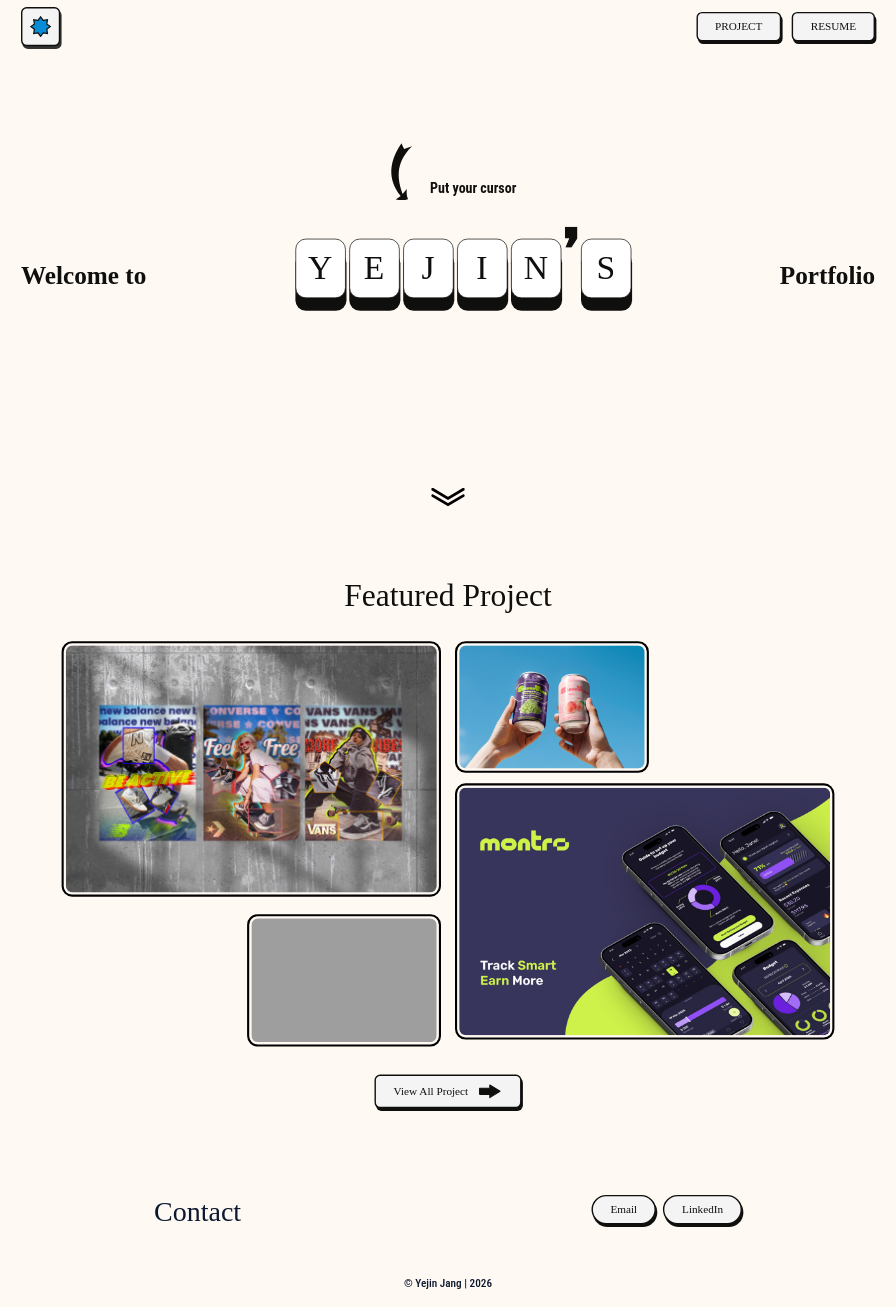
Repository: Yejin-Digital/Yejin.J.Portfolio
Page: /
These files come from the project's save history. The page is drawn as it stood at one moment and after the next save; the edit follows.
The browser window is 1280 px wide. The pictures show the whole page, at 70% of full size.
Pictures or frames that could not be fetched are drawn as grey boxes. The project was rebuilt for these pictures with package versions that can differ from the ones it lists, and the page was loaded fresh each time. Also part of the build but not shown: vite.config.js, src/styles/Project.module.css, src/styles/ProjectSelection.module.css, src/components/ProjectSelection.jsx, src/pages/Project.jsx, src/styles/Packaging.module.css, src/styles/Mockup.module.css, src/components/Mockup.jsx and 7 more.

Above is the page before, as saved 2026-02-15 01:59:50.

### index.html
<!DOCTYPE html>
<html lang="en">
  <head>
    <meta charset="UTF-8" />
    <link rel="preconnect" href="https://fonts.googleapis.com" />
    <link rel="preconnect" href="https://fonts.gstatic.com" crossorigin />
    <link
      href="https://fonts.googleapis.com/css2?family=Nunito:wght@800;900&display=swap"
      rel="stylesheet"
    />
    <link rel="icon" type="image/svg+xml" href="/favcon.svg" />
    <meta name="viewport" content="width=device-width, initial-scale=1.0" />
    <script src="https://cdnjs.cloudflare.com/ajax/libs/pdf.js/3.11.174/pdf.min.js"></script>
    <title>yejin.j.portfolio</title>
  </head>
  <body>
    <div id="root"></div>
    <script type="module" src="/src/main.jsx"></script>
  </body>
</html>

### src/App.jsx
import './App.css';
import { BrowserRouter, Routes, Route } from 'react-router-dom';
import NavigationBar from './components/NavigationBar.jsx';
import Footer from './components/Footer.jsx';
import LandingProject from './components/LandingProject.jsx';
import WelcomeYejins from './components/WelcomeYejins.jsx';
import ScrollToTop from './components/ScrollToTop.jsx';
import Project from './pages/Project.jsx';
import Packaging from './pages/Packaging.jsx';
import Poster from './pages/Poster.jsx';
import Resume from './pages/Resume.jsx';
import Magazine from './pages/Magazine.jsx';
import image from './assets/Landing_image.png';

function Home() {
  return (
    <div className="home-page">
      <WelcomeYejins />
      <div className={'arrowContainer'}>
        <svg
          xmlns="http://www.w3.org/2000/svg"
          width="48"
          height="27"
          viewBox="0 0 48 27"
          fill="none"
        >
          <path
            d="M2.00031 2L24.0003 15L46.0003 2"
            stroke="black"
            stroke-width="4"
            stroke-linecap="round"
          />
          <path
            d="M2.00031 11L24.0003 24L46.0003 11"
            stroke="black"
            stroke-width="4"
            stroke-linecap="round"
          />
        </svg>
      </div>
      <LandingProject />
    </div>
  );
}

function App() {
  return (
    <BrowserRouter>
      <div className="app">
        <ScrollToTop />
        <NavigationBar />
        <main className="app-main">
          <Routes>
            <Route path="/" element={<Home />} />
            <Route path="/projects" element={<Project />} />
            <Route path="/packaging" element={<Packaging />} />
            <Route path="/poster" element={<Poster />} />
            <Route path="/resume" element={<Resume />} />
            <Route path="/magazine" element={<Magazine />} />
          </Routes>
        </main>
        <Footer />
      </div>
    </BrowserRouter>
  );
}

export default App;

### src/App.css
.app {
  background: var(--Background, #fff9f3);
  display: flex;
  flex-direction: column;
  min-height: 100vh;
}

/* 고정 네비 아래 콘텐츠 영역 (padding-top으로 네비 높이 확보) */
.app-main {
  flex: 1;
  padding-top: 64px;
}

.home-page {
  padding-top: 0;
}

.landing-image {
  display: flex;
  justify-content: center;
  width: 100%;
  height: 100vh; /* full viewport height */
  overflow: hidden; /* hide cropped parts */
}

.landing-image img {
  width: 100%;
  height: 100%;
  object-fit: contain; /* ensure the entire image is visible (no cropping) */
  object-position: center;
  display: block; /* remove inline whitespace */
}

.arrowContainer {
  display: flex;
  justify-content: center;
  align-items: center;
  margin-top: 30px;
}

### src/components/NavigationBar.jsx
import Buttons from './Buttons.jsx';
import { Link } from 'react-router-dom';
import style from '../styles/NavigationBar.module.css';

export default function NavigationBar() {
  return (
    <nav className={style.navLayout}>
      <Buttons
        label="HOME"
        onClick={() => <Link to="/" />}
        variant="home"
        icon={
          <svg
            xmlns="http://www.w3.org/2000/svg"
            width="30"
            height="30"
            viewBox="0 0 35 35"
            fill="none"
          >
            <path
              d="M21.5146 6.78613L21.7842 7.15625L22.2373 7.08496L28.9736 6.02539L27.915 12.7627L27.8438 13.2158L28.2139 13.4854L33.7256 17.5L28.2139 21.5146L27.8438 21.7842L27.915 22.2373L28.9736 28.9736L22.2373 27.915L21.7842 27.8438L21.5146 28.2139L17.5 33.7256L13.4854 28.2139L13.2158 27.8438L12.7627 27.915L6.02539 28.9736L7.08496 22.2373L7.15625 21.7842L6.78613 21.5146L1.27344 17.5L6.78613 13.4854L7.15625 13.2158L7.08496 12.7627L6.02539 6.02539L12.7627 7.08496L13.2158 7.15625L13.4854 6.78613L17.5 1.27344L21.5146 6.78613Z"
              fill="#058CD7"
              stroke="#0F0F0E"
              stroke-width="2"
            />
          </svg>
        }
      />
      <div className={style.navLayoutButtons}>
        <Buttons
          label="RESUME"
          onClick={() => <Link to="/resume" />}
          variant="default"
          icon={null}
        />
        <Buttons
          label="PROJECT"
          onClick={() => <Link to="/projects" />}
          variant="default"
          icon={null}
        />
      </div>
    </nav>
  );
}

### src/components/Footer.jsx
import style from '../styles/Footer.module.css';
import Buttons from './Buttons.jsx';

export default function Footer() {
  const year = new Date().getFullYear();

  return (
    <footer className={style.footer}>
      <div className={style.container}>
        <div className={style.contact}>
          <p>Contact</p>
          <div className={style.contactLink}>
            <a
              href="https://mail.google.com/mail/?view=cm&fs=1&to=ylmsicb@gmail.com"
              target="_blank"
              rel="noreferrer"
              className={style.contactAnchor}
            >
              <Buttons label="Email" variant="round" icon={null} />
            </a>
            <a
              href="https://www.linkedin.com/in/yejin-j"
              target="_blank"
              rel="noreferrer"
              className={style.contactAnchor}
            >
              <Buttons label="LinkedIn" variant="round" icon={null} />
            </a>
          </div>
        </div>
        <p className={style.copy}>© Yejin Jang | {year}</p>
      </div>
    </footer>
  );
}

### src/components/LandingProject.jsx
import style from '../styles/LandingProject.module.css';
import image1 from '../assets/poster_image1.jpg';
import image2 from '../assets/magazine1.jpg';
import image3 from '../assets/can_mockup2.jpg';
import image4 from '../assets/montro_image1.jpg';
import { Link } from 'react-router-dom';
import Buttons from './Buttons.jsx';

export default function LandingProject() {
  return (
    <div className={style.landingProject}>
      <h3>Featured Project</h3>
      <div className={style.contents}>
        <div className={style.projectLayoutLeft}>
          <Link to="/poster" className={style.imageWrapper}>
            <img
              className={style.image1}
              src={image1}
              alt="Poster design project"
            />
          </Link>
          <Link to="/magazine" className={style.imageWrapper}>
            <img
              className={style.image2}
              src={image2}
              alt="Magazine design project"
            />
          </Link>
        </div>
        <div className={style.projectLayoutRight}>
          <Link to="/packaging" className={style.imageWrapper}>
            <img
              className={style.image3}
              src={image3}
              alt="Can Packaging design project"
            />
          </Link>
          <div className={style.imageWrapper}>
            <img className={style.image4} src={image4} alt="Montro project" />
          </div>
        </div>
      </div>
      <Link to="/projects" className={style.viewAll}>
        <Buttons
          label="View All Project"
          variant="icon"
          icon={
            <svg
              xmlns="http://www.w3.org/2000/svg"
              width="39"
              height="24"
              viewBox="0 0 39 24"
              fill="none"
            >
              <path
                d="M20.7188 3L35.3438 12L20.7188 21L20.7188 16.5L7.3125 16.5C6.98927 16.5 6.67927 16.421 6.45071 16.2803C6.22215 16.1397 6.09375 15.9489 6.09375 15.75L6.09375 8.25C6.09375 8.05109 6.22215 7.86032 6.45071 7.71967C6.67927 7.57902 6.98927 7.5 7.3125 7.5L20.7188 7.5L20.7188 3Z"
                fill="#0F0F0E"
                stroke="#0F0F0E"
                stroke-width="1.5"
                stroke-linecap="round"
                stroke-linejoin="round"
              />
            </svg>
          }
        />
      </Link>
    </div>
  );
}

### src/components/Buttons.jsx
import style from '../styles/Buttons.module.css';

const VARIANTS = ['default', 'home', 'icon', 'round', 'category'];

export default function NavigationButton({
  label,
  onClick,
  variant = 'default',
  icon,
}) {
  const variantClass =
    variant !== 'default' && VARIANTS.includes(variant) ? style[variant] : '';
  const showTextAndIcon =
    (variant === 'home' || variant === 'icon') && icon != null;

  const content = showTextAndIcon ? (
    <span className={style.buttonContent}>
      {variant === 'home' ? (
        <>
          <span className={style.buttonIcon}>{icon}</span>
          <span className={style.buttonLabel}>{label}</span>
        </>
      ) : (
        <>
          <span className={style.buttonLabel}>{label}</span>
          <span className={style.buttonIconArrow}>{icon}</span>
        </>
      )}
    </span>
  ) : (
    label
  );

  return (
    <div className={style.navButtons}>
      <button
        className={`${style.navButton} ${variantClass}`.trim()}
        onClick={onClick}
        aria-label={label}
      >
        {content}
      </button>
    </div>
  );
}

### src/styles/NavigationBar.module.css
.navLayoutButtons {
  display: flex;
  flex-direction: row-reverse;
  gap: 15px;
  box-sizing: border-box;
}

.navLayout {
  position: fixed;
  top: 0;
  left: 0;
  right: 0;
  z-index: 1000;
  display: flex;
  flex-direction: row;
  justify-content: space-between;
  align-items: center;
  width: 100%;
  min-height: 64px;
  padding: 10px 30px 15px;
  box-sizing: border-box;
  background: transparent;
  transition:
    background 0.3s ease,
    backdrop-filter 0.3s ease,
    box-shadow 0.3s ease;
}

/* glass effect when scrolled*/
.navLayoutScrolled {
  background: rgba(255, 249, 243, 0.4);
  backdrop-filter: blur(12px);
  -webkit-backdrop-filter: blur(12px);
}

### src/styles/Footer.module.css
.footer {
  position: relative; /* allow spanning full viewport */
  left: 50%;
  right: 50%;
  margin-left: -50vw; /* pull to screen left edge */
  margin-right: -50vw; /* pull to screen right edge */
  width: 100vw; /* full viewport width, ignoring parent padding */
  background: none;
  padding: 24px 16px;
  box-sizing: border-box;
}

.container {
  max-width: 1100px;
  margin: 0 auto;
  display: flex;
  flex-direction: column;
  justify-content: space-around;
  gap: 70px;
}

.copy {
  color: var(--Foundation-Blue-Darker, #0c182f);
  font-family: 'Roboto Condensed';
  font-size: 16px;
  font-style: normal;
  font-weight: 500;
  line-height: normal;
  text-align: center;
}

.contact {
  color: var(--Foundation-Blue-Darker, #0c182f);
  font-family: 'Alfa Slab One';
  font-size: 40px;
  font-style: normal;
  font-weight: 400;
  line-height: normal;
  display: flex;
  flex-direction: row;
  justify-content: space-between;
  margin: 0 0 0 130px;
}

.contactLink {
  display: flex;
  flex-direction: row;
  justify-content: flex-end;
  gap: 10px;
  margin: 0 130px 0 0;
}

.contactAnchor {
  text-decoration: none;
  border-bottom: none;
}

.contactAnchor:hover,
.contactAnchor:focus {
  text-decoration: none;
}

@media (max-width: 900px) {
  .footer {
    padding: 10px 16px;
    width: 100%;
    left: 0;
    right: 0;
    margin-left: 0;
    margin-right: 0;
  }

  .container {
    display: flex;
    flex-direction: column;
    justify-content: center;
    align-items: center;
    gap: 80px;
  }

  .contact {
    margin: 40px 30px 0 30px;
    font-size: 36px;
    flex-direction: row;
    gap: 140px;
    align-items: flex-start;
  }

  .contactLink {
    font-size: 20px;
  }

  .copy {
    font-size: 18px;
  }
}

@media (max-width: 640px) {
  .footer {
    width: 100%;
    left: 0;
    right: 0;
    margin-left: 0;
    margin-right: 0;
    padding: 12px 12px;
  }

  .container {
    display: flex;
    flex-direction: column;
    gap: 50px;
  }

  .contact {
    margin: 30px 20px 0 20px;
    font-size: 28px;
    gap: 80px;
    display: flex;
    flex-direction: row;
    justify-content: center;
    align-items: center;
  }

  .contactLink {
    font-size: 18px;
  }

  .copy {
    font-size: 12px;
  }
}

### src/styles/LandingProject.module.css
.landingProject {
  font-family: Satoshi;
  display: flex;
  flex-direction: column;
  padding: 0 100px;
  margin: 100px 0;
  gap: 40px;
}

.contents {
  display: flex;
  flex-direction: row;
  gap: 20px;
  flex-wrap: wrap; /* allow items to wrap on smaller screens */
  align-items: flex-start;
  justify-content: space-between;
}

.contents img {
  aspect-ratio: 6 / 4;
  object-fit: cover;
  object-position: center;
  border-radius: 10px;
}

h3 {
  color: #0f0f0e;
  font-family: 'Alfa Slab One';
  font-size: 45px;
  font-style: normal;
  font-weight: 400;
  line-height: normal;
  text-align: center;
}

.viewAll {
  display: flex;
  flex-direction: row;
  justify-content: center;
  align-content: center;
  gap: 15px;
  text-decoration: none; /* remove underline from link */
  cursor: pointer;
}

/* ensure link states do not show underline */
.viewAll:link,
.viewAll:visited,
.viewAll:hover,
.viewAll:active {
  text-decoration: none;
}

.viewAll h4 {
  margin: 0; /* reset default margin */
  text-decoration: none; /* ensure heading has no underline */
}
.arrow {
  width: 38px;
  height: auto;
}

.projectLayoutLeft {
  display: flex;
  flex-direction: column;
  gap: 25px;
  align-items: flex-end;
  align-content: center;
  flex: 1 1 45%; /* responsive column taking ~45% */
  box-sizing: border-box;
  min-width: 260px; /* prevent getting too narrow */
}

.imageWrapper {
  overflow: hidden;
  display: inline-block;
  text-decoration: none;
  color: inherit;
  border-radius: 15px;
  border: 3px solid #000;
  overflow: hidden;
  padding: 3px;
}

.projectLayoutLeft > .imageWrapper:first-child,
.projectLayoutRight > .imageWrapper:last-child {
  width: 100%;
}

.projectLayoutLeft > .imageWrapper:last-child,
.projectLayoutRight > .imageWrapper:first-child {
  width: 55%;
  max-width: 50%;
}

.image1,
.image4 {
  width: 100%; /* scale to container width */
  max-width: 100%;
  height: auto; /* keep aspect ratio */
  display: block;
  object-fit: contain; /* ensure the image itself isn't cropped */
  transition: transform 0.3s ease;
  cursor: pointer;
}

.imageWrapper:hover .image1,
.imageWrapper:hover .image4 {
  transform: scale(1.1);
}

.image2,
.image3 {
  width: 100%; /* fill wrapper */
  max-width: 100%;
  height: auto; /* keep aspect ratio */
  display: block;
  object-fit: contain;
  transition: transform 0.3s ease;
  cursor: pointer;
}

.imageWrapper:hover .image2,
.imageWrapper:hover .image3 {
  transform: scale(1.1);
}

.projectLeft {
  color: var(--foundation-blue-normal-active, #1c366a);
  text-align: right;
  font-family: Inter;
  font-size: 50px;
  font-style: normal;
  font-weight: 900;
  line-height: 95%; /* 74.24px */
}

.projectLayoutRight {
  display: flex;
  flex-direction: column;
  gap: 15px;
  align-items: flex-start;
  flex: 1 1 45%;
  box-sizing: border-box;
  min-width: 260px;
}

.projectRight {
  color: var(--foundation-blue-normal-active, #1c366a);
  font-family: Inter;
  font-size: 50px;
  font-style: normal;
  font-weight: 900;
  line-height: 98.246%; /* 62.878px */
}

/* Responsive tweaks */
@media (max-width: 820px) {
  h3 {
    font-size: 40px;
  }
  h4 {
    font-size: 28px;
  }
  .projectLeft,
  .projectRight {
    font-size: 32px;
  }
  .contents {
    gap: 12px;
  }
  .projectLayoutLeft,
  .projectLayoutRight {
    flex: 1 1 100%;
    min-width: 0;
  }
}

@media (max-width: 420px) {
  .landingProject {
    padding: 0 12px;
    margin: 60px 0;
  }
  h3 {
    font-size: 32px;
  }
  h4 {
    font-size: 20px;
  }
  .projectLeft,
  .projectRight {
    font-size: 22px;
  }
}

### src/styles/WelcomeYejins.module.css
.section {
  background: var(--Background, #fff9f3);
  padding: 150px 30px 70px;
  display: flex;
  flex-direction: column;
  align-items: center;
  justify-content: center;
  min-height: 40vh;
  position: relative;
}

.lineBlock {
  position: relative;
  width: 100%;
}

.cursorHint {
  display: flex;
  justify-content: center;
  align-items: flex-end;
  padding-bottom: 10px;
  margin-bottom: 50px;
  color: var(--Black, #0f0f0e);
  font-family: 'Roboto Condensed';
  font-size: 20px;
  font-style: normal;
  font-weight: 700;
  line-height: normal;
}

.cursorArrow {
  font-size: 18px;
  transform: scaleY(0.6);
  display: inline-block;
  line-height: 1;
  transform: rotate(-45deg);
}

.line {
  position: relative;
  display: flex;
  flex-wrap: wrap;
  align-items: center;
  justify-content: space-between;
  width: 100%;
}

.staticText {
  font-family: 'Alfa Slab One', serif;
  font-size: 36px;
  font-weight: 600;
  color: #0f0f0e;
}

.letters {
  display: flex;
  align-items: flex-start;
  justify-content: center;
  flex-wrap: wrap;
  gap: 7px;
}

.letterGroup {
  display: inline-flex;
  align-items: flex-start;
  gap: 5px;
}

.apostrophe {
  font-family: 'Alfa Slab One', serif;
  font-size: clamp(24px, 4vw, 36px);
  font-weight: 700;
  color: #0f0f0e;
  position: relative;
  z-index: 1;
  top: -20px;
}

.letterWrapper {
  position: relative;
  display: inline-flex;
  flex-direction: column;
  align-items: center;
}

.letterBoxContainer {
  position: relative;
  width: 70px;
  height: 103px;
  border-radius: 15px;
  cursor: pointer;
}

.letterShadow {
  position: absolute;
  left: 0;
  top: 20px;
  width: 73px;
  height: 83px;
  background: #0f0f0e;
  border-radius: 15px;
}

.letterBox {
  display: flex;
  align-items: center;
  justify-content: center;
  position: absolute;
  left: 0;
  top: 0;
  width: 70px;
  height: 83px;
  background: #fff;
  border-radius: 15px;
  border: 1.5px solid #0f0f0e;
  transition:
    background-color 0.25s ease,
    top 0.2s ease;
}

.letterBoxContainerActive .letterBox {
  top: 10px;
}

.letterBoxActive {
  background: var(--letter-color);
}

.letterChar {
  position: absolute;
  left: 0;
  top: 0;
  width: 70px;
  height: 83px;
  display: flex;
  align-items: center;
  justify-content: center;
  font-family: 'Alfa Slab One', serif;
  color: #0f0f0e;
  font-size: 48px;
  font-weight: 400;
  line-height: 1;
  transition: top 0.2s ease;
}

.letterBoxContainerActive .letterChar {
  top: 20px;
}

.bubble {
  position: absolute;
  top: -200px;
  left: 52%;
  transform: translateX(-50%);
  display: flex;
  align-items: center;
  justify-content: center;
  width: 750px;
  height: 186px;
  background: none;
  z-index: 3;
}

.bubbleBg {
  position: absolute;
  inset: 0;
  z-index: 1;
  display: flex;
  align-items: center;
  justify-content: center;
  pointer-events: none;
}

.bubbleBg img {
  width: 100%;
  height: 100%;
  object-fit: contain;
  object-position: center;
}

.bubbleText {
  position: relative;
  z-index: 2;
  display: flex;
  align-items: center;
  justify-content: center;
  color: #0f0f0e;
  font-family: 'Roboto Condensed', sans-serif;
  font-size: 28px;
  font-weight: 700;
  white-space: nowrap;
  padding: 0 20px;
  transform: translateY(-12px);
}

.description {
  margin-top: 80px;
  text-align: center;
  color: var(--Black, #0f0f0e);
  font-family: 'Roboto Flex', sans-serif;
  font-size: 28px;
  font-style: normal;
  font-weight: 400;
  line-height: normal;
  min-height: 2.6em;
  opacity: 0;
  transform: translateY(4px);
  transition:
    opacity 0.3s ease,
    transform 0.3s ease;
}

.descriptionVisible {
  opacity: 1;
  transform: translateY(0);
}

.description strong {
  color: var(--description-strong-color, #333);
  font-weight: 700;
}

@media (max-width: 640px) {
  .section {
    padding: 40px 16px 60px;
    min-height: 35vh;
  }

  .line {
    gap: 4px 6px;
  }

  .letterBoxContainer {
    width: 56px;
    height: 82px;
  }

  .letterShadow {
    width: 56px;
    height: 82px;
  }

  .letterBox {
    width: 56px;
    height: 66px;
  }

  .letterChar {
    width: 56px;
    height: 66px;
    font-size: 56px;
  }

  .letterBoxContainerActive .letterBox,
  .letterBoxContainerActive .letterChar {
    top: 16px;
  }

  .bubbleText {
    font-size: 14px;
  }

  .description {
    font-size: 18px;
    padding: 0 12px;
  }
}

### src/styles/Buttons.module.css
/*
  NavigationPageButtons variant별 세부 스타일 변경 가이드
  ─────────────────────────────────────────────────────
  • default : .navButton 베이스만 사용. 바꾸려면 .navButton의
    padding, border-radius, border, background, box-shadow, color, font-* 수정.

  • home    : .home 클래스. 배경/글자색 → background, color.
    그림자 → box-shadow. 호버 → .home:hover 의 background.

  • icon    : .icon 클래스. 크기 → padding, min-width, min-height.
    모양 → border-radius (정사각형이면 12px, 원이면 50% 등).

  • round   : .round 클래스. 둥글기 → border-radius (캡슐 9999px 유지 또는 값 조정).

  • category: .category 클래스. 테두리/배경 → border, background.
    호버 배경 → .category:hover 의 background. 모서리 → border-radius.
*/

.navButtons {
  display: flex;
  gap: 20px;
  justify-content: center;
}

/* Default Button*/
.navButton {
  display: flex;
  justify-content: center;
  align-items: center;
  width: auto;
  padding: 10px 25px;
  border-radius: 8px;
  border: 2px solid #0f0f0e;
  background: #f4f4f4;
  box-shadow: 2px 4px 0 0 #0f0f0e;
  color: var(--Black, #0f0f0e);
  text-align: center;
  font-family: 'Alfa Slab One';
  font-size: 16px;
  font-style: normal;
  font-weight: 400;
  line-height: normal;
  cursor: pointer;
}

.navButton:hover {
  background: #0f0f0e;
  color: #f4f4f4;
}

.home {
  background: #f4f4f4;
  color: #0f0f0e;
  box-shadow: 2px 4px 0 0 #333;
  padding: 11px 11px;
  transition:
    padding 0.3s ease,
    box-shadow 0.15s ease,
    background 0.15s ease;
}

.home:hover {
  padding: 11px 20px;
  background: #f4f4f4;
  color: #0f0f0e;
}

.home .buttonContent {
  gap: 0;
  transition: gap 0.25s ease;
}

.home:hover .buttonContent {
  gap: 10px;
}

.home .buttonLabel {
  max-width: 0;
  opacity: 0;
  overflow: hidden;
  white-space: nowrap;
  transition:
    max-width 0.35s ease,
    opacity 0.3s ease;
}

.home:hover .buttonLabel {
  max-width: 200px;
  opacity: 1;
}

.buttonContent {
  display: inline-flex;
  align-items: center;
  justify-content: center;
  gap: 10px;
}

.buttonLabel {
  flex-shrink: 0;
}

.buttonIcon {
  display: inline-flex;
  align-items: center;
  justify-content: center;
  flex-shrink: 0;
}

.buttonIconArrow {
  display: inline-flex;
  align-items: center;
  justify-content: center;
  flex-shrink: 0;
}

.navButton:hover .buttonIconArrow {
  color: #f4f4f4;
}

.navButton:hover .buttonIconArrow svg,
.navButton:hover .buttonIconArrow path {
  fill: #f4f4f4;
  stroke: #f4f4f4;
}

.round {
  border-radius: 9999px;
}

.category {
  border-radius: 8px;
  background: #fff;
  color: #000;
}

.navButton.active {
  background: #0f0f0e;
  color: #f4f4f4;
}

Loaded but not shown: src/main.jsx (common file); src/index.css (common file); src/components/ScrollToTop.jsx (common file); src/components/WelcomeYejins.jsx (174 lines, source omitted)

After the next save:
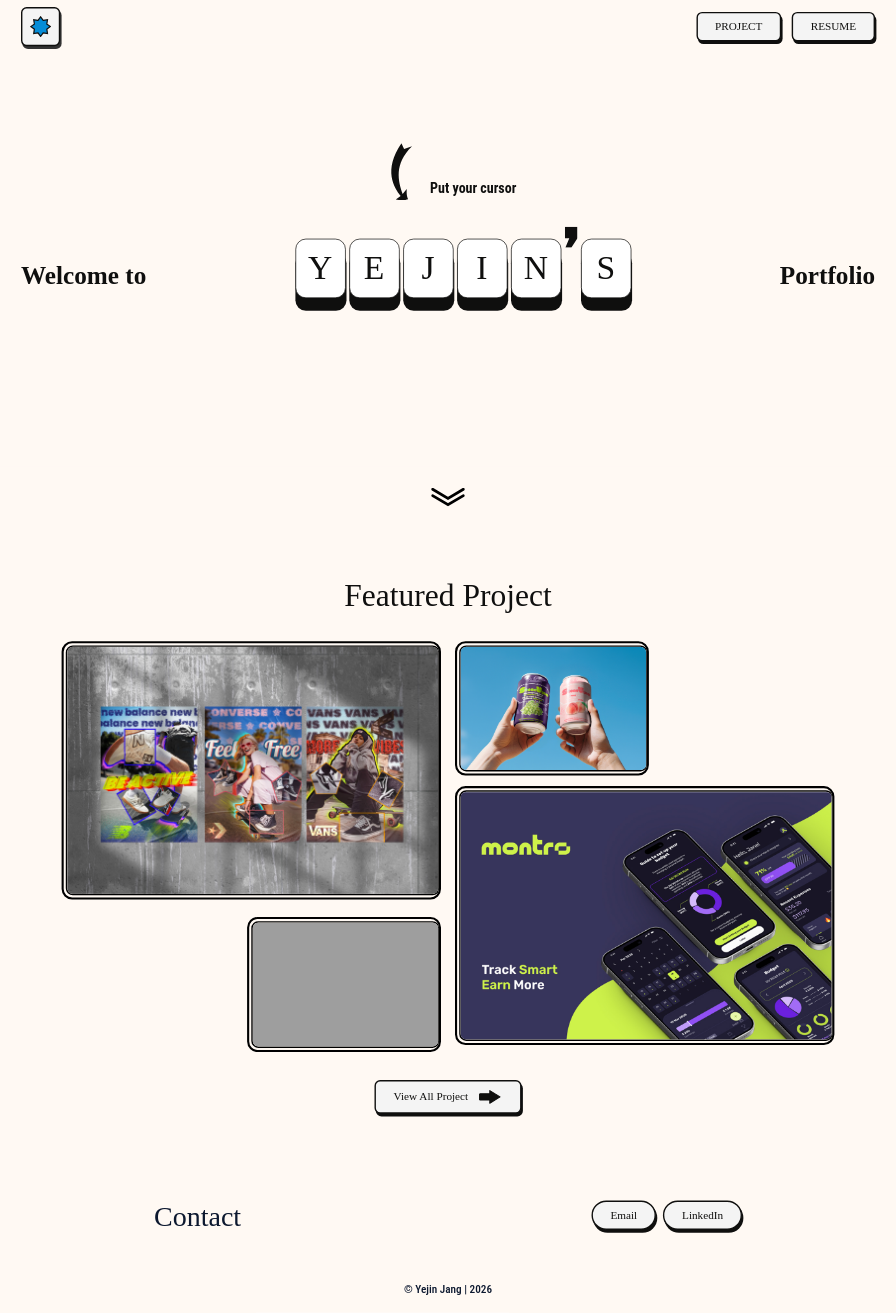
Saved 10 s later.
--- a/src/styles/LandingProject.module.css
+++ b/src/styles/LandingProject.module.css
@@ -21,6 +21,7 @@
   object-fit: cover;
   object-position: center;
   border-radius: 10px;
+  border: 2px solid #000;
 }
 
 h3 {
